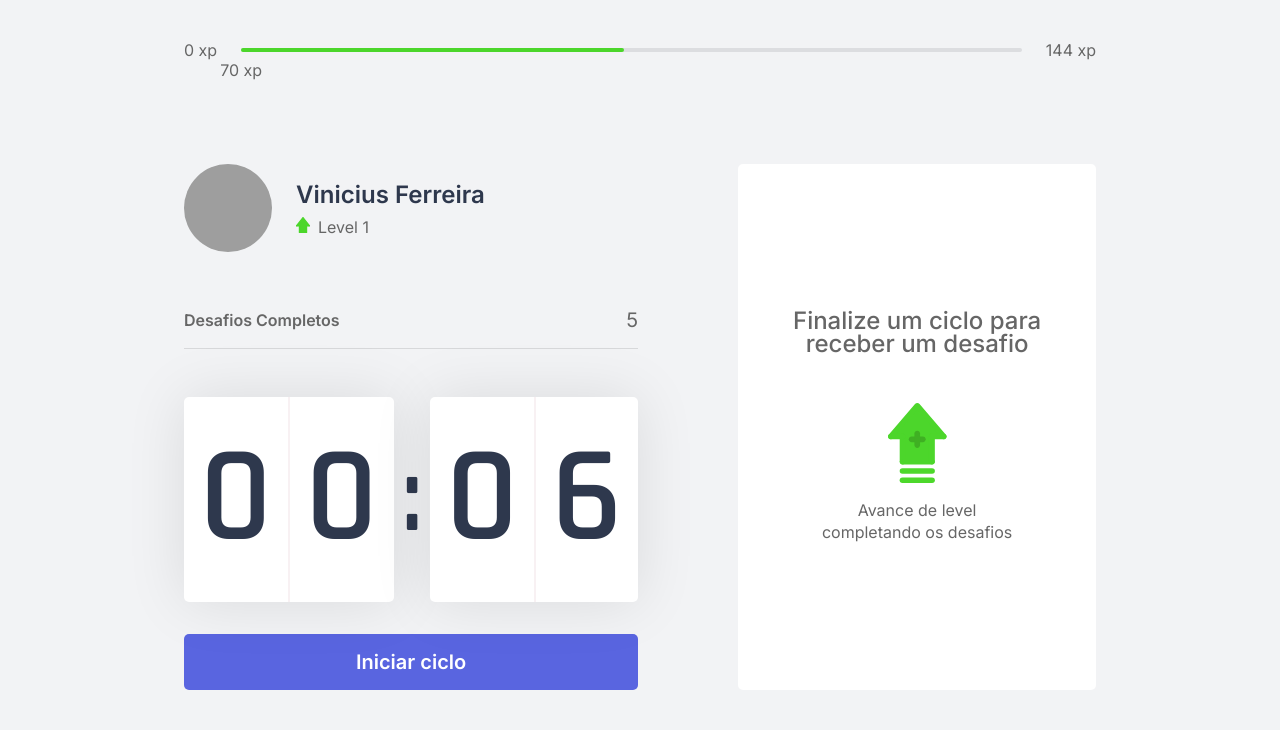
Repository: viniciusfg05/nlwFocus
Page: /
The author's editor kept a copy of each file at every save. The page is drawn from the files as they stood at one save, then again after the next save.
The browser window is 1280 px wide. The pictures show the whole page.
Pictures or frames that could not be fetched are drawn as grey boxes. The project was rebuilt for these pictures with package versions that can differ from the ones it lists, and the page was loaded fresh each time. The framework's server and built-in components were replaced by stand-ins that run in the browser.

Above is the page before, as saved 2022-02-28 15:23:22.

### src/pages/_app.tsx
import '../styles/global.css'
import { AppProps } from 'next/app'
import { ChallegesProvider, ChallengesContext } from '../context/ChallengesContext'

function MyApp({ Component, pageProps }: AppProps) {
  return (
    <ChallegesProvider>
      <Component {...pageProps} />
    </ChallegesProvider>
  )
}

export default MyApp

### src/pages/_document.tsx
import Document, { Html, Head, Main, NextScript} from 'next/document'

export default class Mydocument extends Document {
    render() {
        return(
            <Html>
                <Head>
                    <link rel='shortcut icon' href='favicon.png' type='image/png' />

                    <link rel="preconnect" href="https://fonts.gstatic.com" />
                    <link href="https://fonts.googleapis.com/css2?family=Inter:wght@400;500;600&family=Rajdhani:wght@600&display=swap" rel="stylesheet" />
                </Head>
                <body>
                    <Main />
                    <NextScript />
                </body>
            </Html>
        )
    }
}

### src/pages/index.tsx
import { CompleteChallenges } from "../components/CompleteChallenges";
import { CountDown } from "../components/CountDown";
import { ExperienceBar } from "../components/ExperinceBar";
import { Profile } from "../components/Profile";
import { ChallegesBox } from "../components/ChallegesBox";

import styles from "../styles/pages/Home.module.css"

import Head from 'next/head'

export default function Home() {
  return (
    <div className={styles.container}>
      <Head>
        <title>Inicio | Focus</title>
      </Head>

      <ExperienceBar />

      <section>
        <div>
          <Profile />
          <CompleteChallenges />
          <CountDown />
        </div>
        <div>
          <ChallegesBox />
        </div>
      </section>

    </div>
  )
}

### src/styles/global.css
*{
    margin: 0;
    padding: 0;
    box-sizing: border-box;
}

:root{
    --white: #fff;
    --background: #f2f3f5;
    --gray-line: #DCDDE0;
    --text: #666666;
    --text-highligth: #B3B9FF;
    --title: #2E384D;
    --red: #E83F5B;
    --green: #4CD62B;
    --blue: #5965E0;
    --blue-dark: #4953B8;
    --blue-twitter: #2AA9E0;
}

@media(max-white: 1080px) {
    html{
        font-size: 93.75%;
    }
}

@media(max-white: 750px) {
    html{
        font-size: 87.5%;
    }
}

body{
    background-color: var(--background);
    color: var(--text);

}

body, input, textarea, button {
    font: 400 1rem 'inter', sans-serif;
}

button{
    cursor: pointer;
}

a{
    color: inherit; /* para erdar a color do container */
    text-decoration: none;
}

### src/context/ChallengesContext.tsx
import { createContext, useState, ReactNode } from 'react';
import challenges from '../../challenge.json'

interface Challenges {
  type: 'body' | 'eye'
  description: string;
  amount: number;
}

interface ChallengesProviderProps{
  children: ReactNode;
}

interface ChallengesContextData {
  level: number;
  currentExperience: number;
  challengeCompleted: number;
  levelUp: () => void;
  startNewChallenge: () => void;
  activeChallengen: Challenges;
  resetChallenge: () => void;
  experienceNextLevel: number;
}

export const ChallengesContext = createContext({} as ChallengesContextData)

export function ChallegesProvider({children}:ChallengesProviderProps ) {
  const [level, setLevel] = useState(1);
  const [ currentExperience, setCurrentExperience ] = useState(70)
  const [ challengeCompleted, setChallengeCompleted ] = useState(0)

  const [ activeChallengen, setActiveChallenge ] = useState(null)

  const experienceNextLevel = Math.pow((level + 1) * 6, 2)

  function levelUp() {
    setLevel(level + 1);
  }

  function startNewChallenge() {
    const randomChallengeIndex = Math.floor(Math.random() * challenges.length);
    const challenge = challenges[randomChallengeIndex]

    setActiveChallenge(challenge)
  }

  function resetChallenge() {
    setActiveChallenge(null);
  }

  return (
    <ChallengesContext.Provider
    value={{ level,
      currentExperience,
      challengeCompleted,
      levelUp,
      startNewChallenge,
      activeChallengen,
      resetChallenge,
      experienceNextLevel
    }}>
      {children}
    </ChallengesContext.Provider>
  )
}

### src/components/CompleteChallenges.tsx
import styles from '../styles/components/CompleteChallenges.module.css'


export function CompleteChallenges() {
    return(
        <div className={styles.CompleteChallenges}>
            <strong>Desafios Completos</strong>
            <span>5</span>
        </div>
    )
}

### src/components/CountDown.tsx
import { useState, useEffect, useContext } from 'react'
import { ChallengesContext } from '../context/ChallengesContext';
import styles from '../styles/components/CountDown.module.css'

let countDownTimeOut: NodeJS.Timeout; //para cancelar o timeOut


export function CountDown() {
    const { startNewChallenge } = useContext(ChallengesContext)


    const [ time, setTime ] = useState(0.1 * 60)
    const [ isActive, setIsActive ] = useState(false)// para iniciar com desabilitado o conometro
    const [ timeFineshed, setTimeFineshed] = useState(false)

    const minutos = Math.floor(time / 60);
    const segundos = (time % 60); // '%' resto da divisão

    const [minuteLefts, minuteRight] = String(minutos).padStart(2, '0').split('')
    const [ segundosLefts, segundosRights ] = String(segundos).padStart(2, '0').split('')

    // padStart(2 '0') = para os numero a baixo de 10 ele vai add um '0' no inicio, ex. '05'
    // split('') = ele vai pera a string por exemplo '25' e repartir em dois '2' e '5'. split devolve um array com primeiro e segundo caractere

    function startCoutDown() {
        setIsActive(true);
    }

    function CancelCoutDown() {
        clearTimeout(countDownTimeOut)
        setIsActive(false);
        setTime((0.1 * 60))
    }

    useEffect(() => {
        if (isActive && time > 0) {
            countDownTimeOut = setTimeout(() => {setTime(time - 1);}, 1000)
        } else if (isActive && time === 0) {
            setTimeFineshed(true)
            setIsActive(false);
            startNewChallenge()

        }
    }, [isActive, time]);

    // setTimeout(() => {setTime(time - 1);}, 1000) = setTimeout = depois de 1000ms execute uma função; setTime recebe o valor de time -1.ou seja ele mudar para -1 a cada 1s e se add o time no useEffect sempre que o time mudar ele tira mais 1 segundo
    return(
        <div>
            <div className={styles.CountDownContainer}>
            <div>
                <span>{minuteLefts}</span>
                <span>{minuteRight}</span>
            </div>
            <span>:</span>
            <div>
                <span>{segundosLefts}</span>
                <span>{segundosRights}</span>
            </div>
        </div>

        {timeFineshed ? (
            <button
            disabled
            className={`${styles.CountdownButton} ${styles.CountdownButtonFinished}`}
            >
                Cliclo encerrado
            </button>
        ) : (
            <>
                { isActive ? (
                    <button
                    type="button"
                    className={`${styles.CountdownButton} ${styles.CountdownButtonActive} `}
                    onClick={CancelCoutDown}
                    >
                        Abondonar ciclo
                    </button>
                ) : (
                    <button
                        type="button"
                        className={styles.CountdownButton}
                        onClick={startCoutDown}
                     >
                        Iniciar ciclo
                    </button>
                )}
            </>
        )}






        </div>
    )
}

### src/components/ExperinceBar.tsx
import { useContext } from 'react'
import { ChallengesContext } from '../context/ChallengesContext'
import styles from '../styles/components/ExperienceBar.module.css'

export function ExperienceBar() {
    const { currentExperience, experienceNextLevel } = useContext(ChallengesContext)

    const porcentalNextLevel = Math.round((currentExperience * 100) / experienceNextLevel)

    return(
        <header className={styles.experienceBar}>
            <span>0 xp</span>
                <div>
                    <div style={{ width: `${porcentalNextLevel}%`}}/>

                    <span className={styles.currentExperience} style={{ left: `${porcentalNextLevel}`}}>{currentExperience} xp</span>
                </div>
            <span>{experienceNextLevel} xp</span>
        </header>
    )
}

### src/components/Profile.tsx
import styles from '../styles/components/Profile.module.css'


export function Profile() {
    return(
        <div className={styles.profileContainer} >
            <img src="https://avatars.githubusercontent.com/u/68232658?s=400&u=003f61fe1fe4474daf9c3f5226d596c5f99dd759&v=4" alt="Vinicius Ferreira" />
            <div>
                <strong>Vinicius Ferreira</strong>
                <p>
                    <img src="icons/level.svg" alt="Level" />
                    Level 1
                </p>
            </div>
        </div>
    )
}

### src/components/ChallegesBox.tsx
import { useContext } from 'react'
import { ChallengesContext } from '../context/ChallengesContext'
import styles from '../styles/components/ChallegesBox.module.css'

export function ChallegesBox() {
  const { activeChallengen, resetChallenge } = useContext(ChallengesContext)


  return (
    <div className={styles.ChallegesBoxContainer}>
      {activeChallengen ? (
        <div className={styles.ChallegesBoxActive}>
          <header>Ganhe {activeChallengen.amount}xp</header>
          <main>
            <img src={`icons/${activeChallengen.type}.svg`} alt="Ganhe 400xp" />
            <strong>Novo desafio</strong>
            <p>{activeChallengen.description}</p>
          </main>

          <footer>
            <button
            type="button"
            className={styles.ChallegesFailedButton}
            onClick={resetChallenge}
            >
              Falhei
            </button>

            <button
            type="button"
            className={styles.ChallegesCompleteButton}
            >
              Completei
            </button>
          </footer>
        </div>


      ) : (
        <div className={styles.ChallegesBoxNotActive}>
        <strong>Finalize um ciclo para receber um desafio</strong>
        <p>
          <img src="icons/level-up.svg" alt="Level up" />
          Avance de level completando os desafios
        </p>
      </div>
      )}
    </div>
  )
}

### src/styles/pages/Home.module.css
.container{
    height: 100;
    max-width: 992px;
    margin: 0 auto;
    padding: 2.5rem;

    display: flex;
    flex-direction: column;

    gap: 6.5rem;
}

.container section {
    flex: 1;

    display: grid;
    grid-template-columns: 1fr 1fr;
    gap: 6.25rem;
    align-content: center;
}

### src/styles/components/CompleteChallenges.module.css
.CompleteChallenges {
    display: flex;
    align-items: center;
    justify-content: space-between;

    margin: 3.5rem 0 0;
    padding-bottom: 1rem;
    border-bottom: 1px solid #d7d8da;
    font-weight: 400;
    /* font: "Inter", sans-serif; ; */
    margin-bottom: 3rem
}


.CompleteChallenges span:first-child{
    font-size: 1.25rem;
}


.CompleteChallenges span:last-child{
    font-size: 1.25rem;
}

### src/styles/components/CountDown.module.css
.CountDownContainer {
  display: flex;
  align-items: center;
  font-family: Rajdhani;
  font-weight: 600;
  color: var(--title);
}

.CountDownContainer > div {
  flex: 1;

  display: flex;
  align-items: center;
  justify-content: space-evenly;

  background-color: var(--white);
  box-shadow: 0 0 60px rgba(0, 0, 0, 0.1);
  border-radius: 5px;
  font-size: 8.5rem;
  text-align: center;
}

.CountDownContainer > div span {
  flex: 1;
}

.CountDownContainer > div span:first-child {
  border-right: 1px solid #f8f1f3;
  padding: 1rem;
}

.CountDownContainer > div span:last-child {
  border-left: 1px solid #f8f1f3;
  padding: 1rem;
}

.CountDownContainer > span {
  font-size: 6.5rem;
  margin: 0 0.5rem;
}

.CountdownButton {
  width: 100%;
  height: 3.5rem;

  margin-top: 2rem;

  display: flex;
  align-items: center;
  justify-content: center;

  border: 0;
  border-radius: 5px;
  background-color: var(--blue);
  color: var(--white);

  font-size: 1.25rem;
  font-weight: 600;
  transition: background-color 0.3s;
}

.CountdownButton:not(:disabled):hover {
  background-color: var(--blue-dark);
}

.CountdownButtonActive {
  background-color: var(--red);
  color: var(--gray-line);

  transition: 0.3s;
}

.CountdownButtonActive:hover {
  background-color: #b83349;
  color: var(--gray-line);
}

.CountdownButtonFinished {
  background-color: var(--green);
  color: var(--title);
  cursor: not-allowed;
}

### src/styles/components/ExperienceBar.module.css
.experienceBar {
    display: flex;
    align-items: center;
}

.experienceBar spam {
    font-size: 1 rem;
}

.experienceBar > div {
    flex: 1;
    height: 4px;
    border-radius: 4px;
    background-color: var(--gray-line);
    margin: 0 1.5rem;
    position: relative;
}

.experienceBar > div > div{
    height: 4px;
    border-radius: 4px;
    background-color: var(--green)
}

span.currentExperience{
    position: absolute;
    top: 12px;
    transform: translateX(-50%)
}

### src/styles/components/Profile.module.css
.profileContainer {
    display: flex;
    align-items: center;
}

.profileContainer > img{
    width: 5.5rem;
    height: 5.5rem;
    border-radius: 50%;
}

.profileContainer div{
    margin-left: 1.5rem;
}

.profileContainer div strong {
    font-size: 1.5rem;
    font-weight: 600;
    color: var(--title);
}

.profileContainer div p {
    font-size: 1rem;
    margin-top: 0.5rem;
}

.profileContainer div p img {
    margin-right: 0.5rem;
}

### src/styles/components/ChallegesBox.module.css
.ChallegesBoxContainer {
  height: 100%;
  background: var(--white);
  border-radius: 5px;
  padding: 1.5rem 2rem;
  display: flex;
  flex-direction: column;
  align-items: center;
  justify-content: center;

  text-align: center;
}

.ChallegesBoxNotActive {
  display: flex;
  flex-direction: column;
  align-items: center;
}

.ChallegesBoxNotActive strong {
  font-size: 1.5rem;
  font-weight: 500;
  line-height: 1.4rem;
}

.ChallegesBoxNotActive p {
  display: flex;
  flex-direction: column;
  align-items: center;
  line-height: 1.4rem;
  max-width: 70%;
  margin-top: 3rem;
}

.ChallegesBoxNotActive p img {
  margin-bottom: 1rem;
}

.ChallegesBoxActive {
  height: 100%;
  display: flex;
  flex-direction: column;
}

.ChallegesBoxActive header {
  color: var(--blue-dark);
  font-weight: 600;
  font-size: 1.25rem;
  padding: 0 2rem 1.5rem;
  border-bottom: 1px solid var(--gray-line);
}

.ChallegesBoxActive main {
  flex: 1;
  display: flex;
  flex-direction: column;
  align-items: center;
  justify-content: center;
}

.ChallegesBoxActive main strong {
  font-size: 2rem;
  font-weight: 600;
  color: var(--title);
  margin: 1.5rem 0 1rem;
}

.ChallegesBoxActive main p {
  line-height: 1.5rem;
}

.ChallegesBoxActive footer {
  display: grid;
  grid-template-columns: 1fr 1fr;
  gap: 1rem;
}

.ChallegesBoxActive footer button {
  height: 3rem;
  align-items: center;
  justify-content: center;

  border: 0;
  border-radius: 5px;

  color: var(--white);

  font-size: 1rem;
  font-weight: 600;
  transition: 0.3s;
}

.ChallegesBoxActive footer button:hover {
  filter: brightness(0.9);
}

.ChallegesBoxActive footer button.ChallegesFailedButton {
  background-color: var(--red);
}

.ChallegesBoxActive footer button.ChallegesCompleteButton {
  background-color: var(--green);
}

Loaded but not shown: challenge.json (common file)

After the next save:
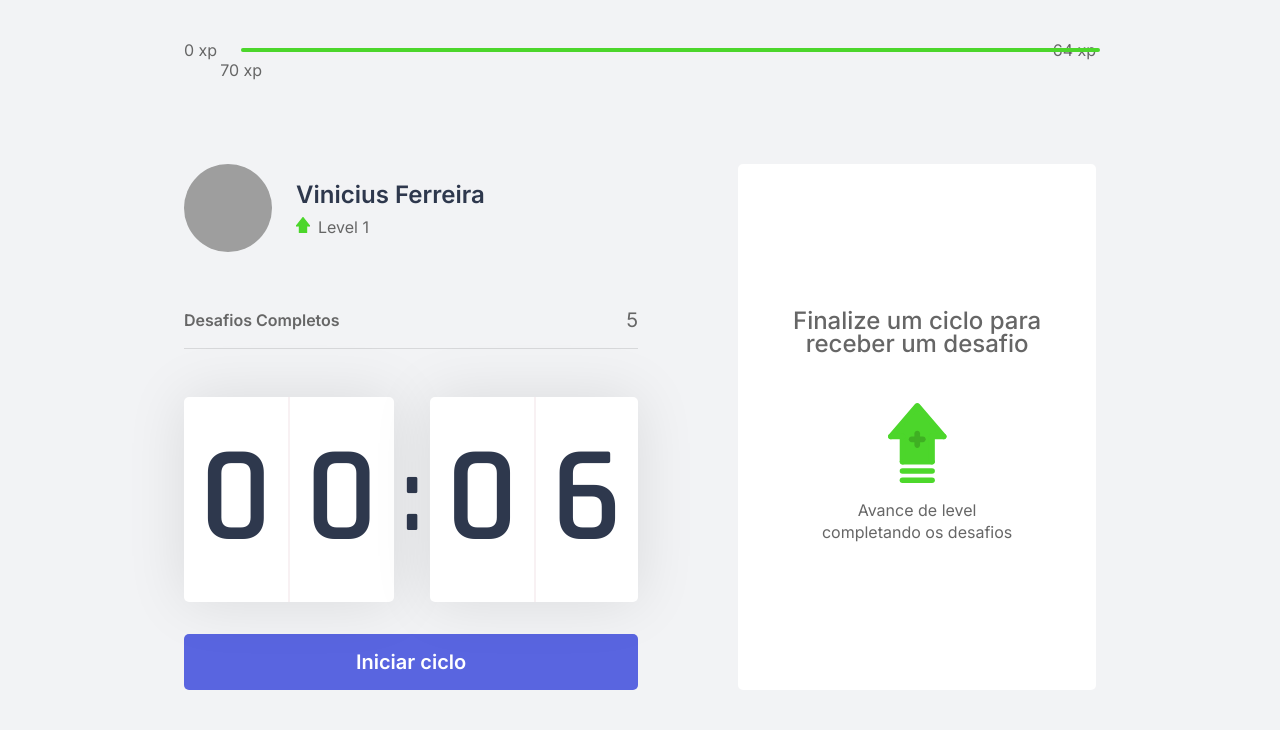
Saved 16 s later.
--- a/src/context/ChallengesContext.tsx
+++ b/src/context/ChallengesContext.tsx
@@ -31,7 +31,7 @@ export function ChallegesProvider({children}:ChallengesProviderProps ) {
 
   const [ activeChallengen, setActiveChallenge ] = useState(null)
 
-  const experienceNextLevel = Math.pow((level + 1) * 6, 2)
+  const experienceNextLevel = Math.pow((level + 1) * 4, 2)
 
   function levelUp() {
     setLevel(level + 1);
